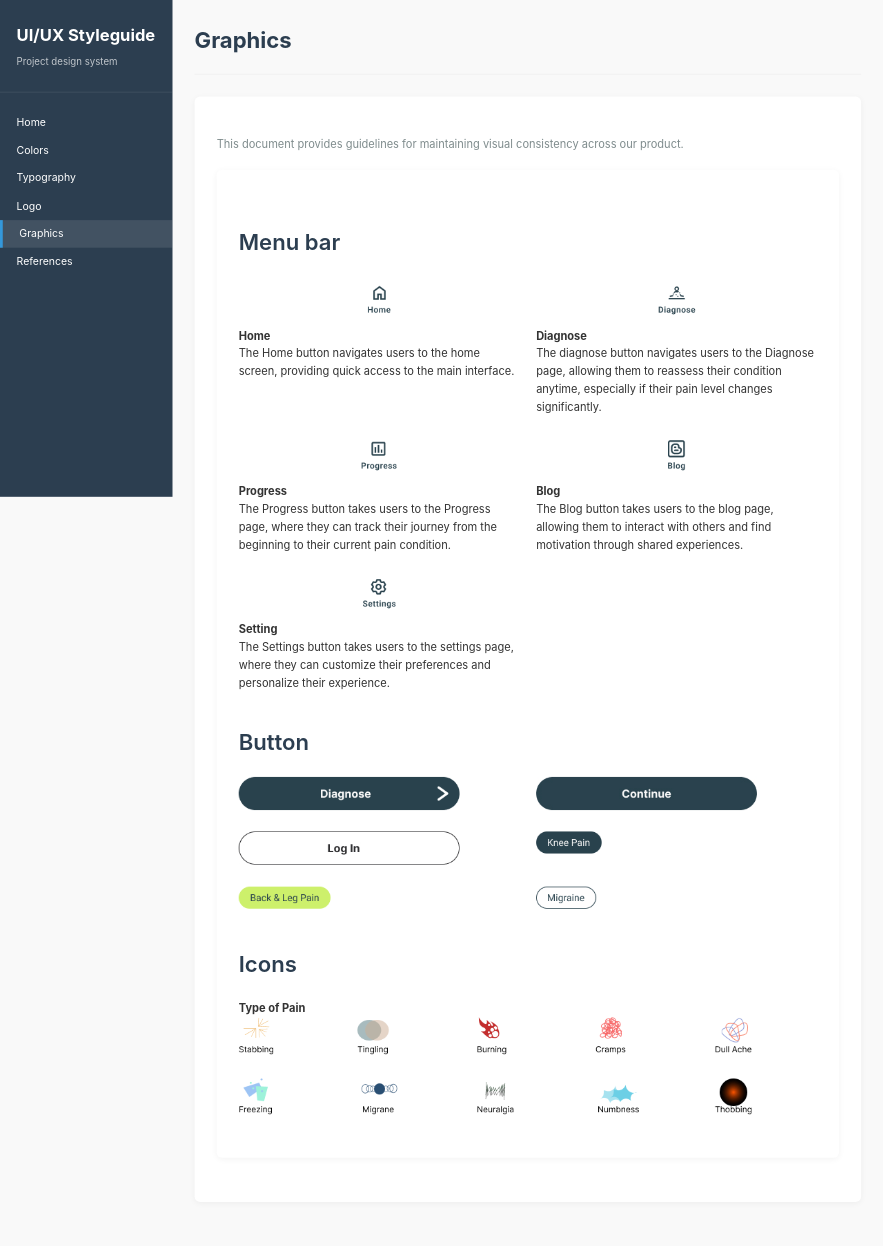
Repository: rosielee09/Heal_U
Page: graphics.html
The author's editor kept a copy of each file at every save. The page is drawn from the files as they stood at one save, then again after the next save.
The browser window is 1280 px wide. The pictures show the whole page, at 69% of full size.

Above is the page before, as saved 2025-04-03 21:39:27.

After the next save:
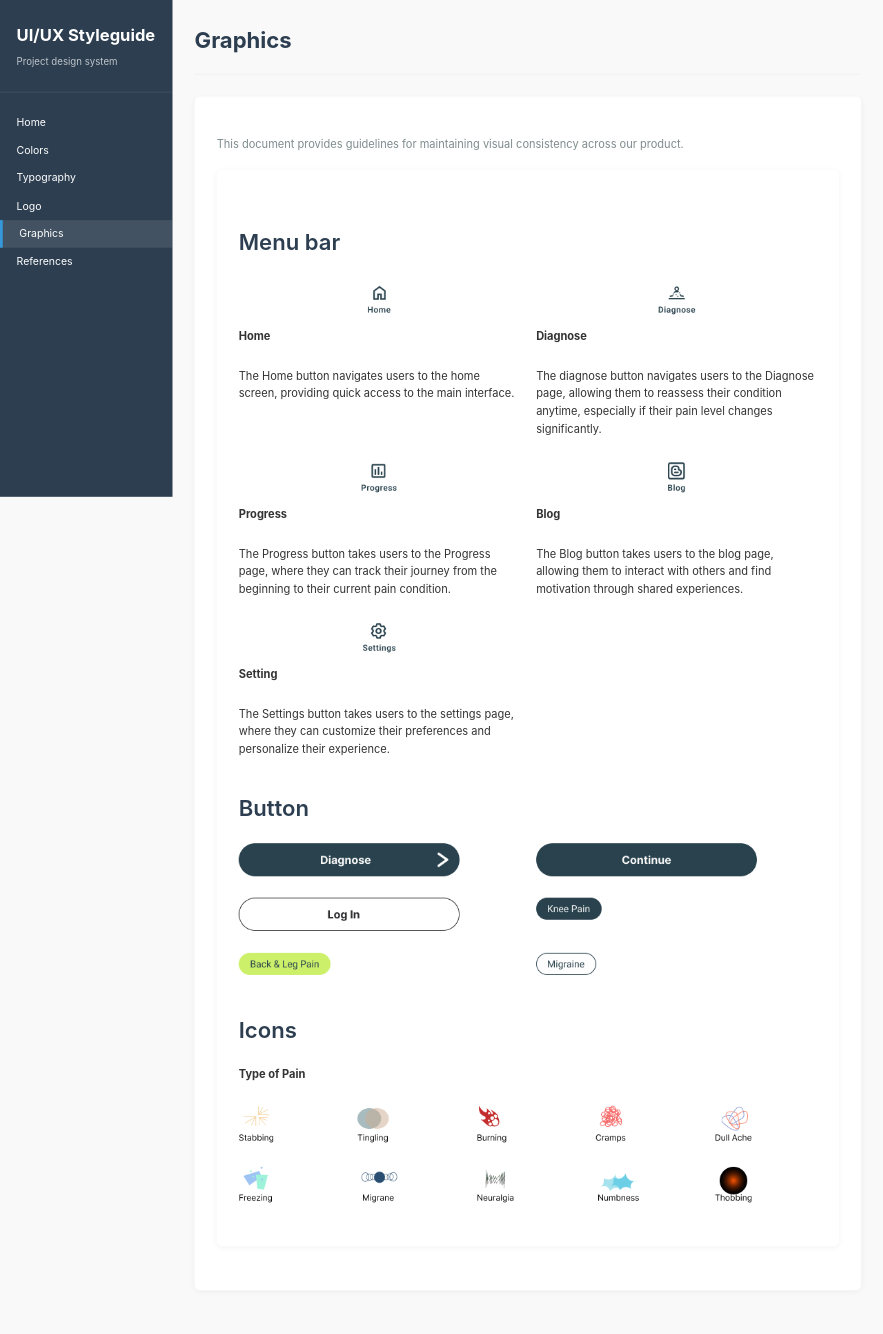
Saved 32 s later.
--- a/styles.css
+++ b/styles.css
@@ -244,7 +244,9 @@ body {
 .graphic-menu__icon{
     margin: 10px;
 }
-
+.graphic-title{
+    margin-bottom: 2rem;
+}
 
 /* Typography */
 
